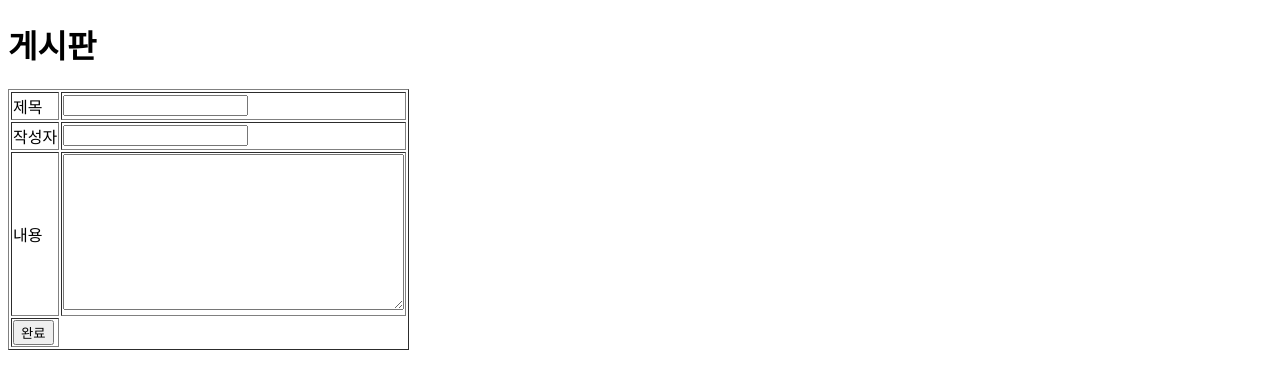
Repository: SongHyeSun/JSP
Page: jspSrc17/och02/src/main/webapp/board.html
An editor plug-in stored every save of this project. The page is shown before and after the next save, followed by the edit.
The browser window is 1280 px wide. The pictures show the whole page.

Above is the page before, as saved 2024-07-09 05:20:50.

### jspSrc17/och02/src/main/webapp/board.html
<!DOCTYPE html>
<html>
<head>
<meta charset="UTF-8">
<title>Insert title here</title>
</head>
<body>
	<h1>게시판</h1>
	<form>
		<table border="1">
			<tr>
				<td>제목</td>
				<td><input type="text" name="title"></td>
			</tr>
			<tr>
				<td>작성자</td>
				<td><input type="text" name="writer"></td>
			</tr>
			<tr>
				<td>내용</td>
				<td><textarea cols="40" rows="10" name="content"></textarea></td>
			</tr>
			<tr>
				<td><input type="submit" value="완료"></td>
			</tr>
		</table>
	</form>
</body>
</html>

After the next save:
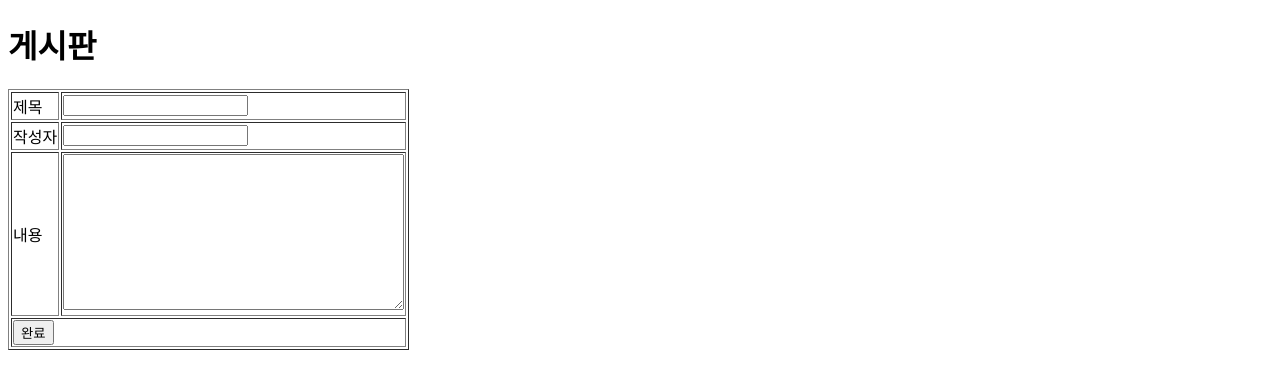
Saved 16 s later.
--- a/jspSrc17/och02/src/main/webapp/board.html
+++ b/jspSrc17/och02/src/main/webapp/board.html
@@ -21,7 +21,7 @@
 				<td><textarea cols="40" rows="10" name="content"></textarea></td>
 			</tr>
 			<tr>
-				<td><input type="submit" value="완료"></td>
+				<td colspan="100"><input type="submit" value="완료"></td>
 			</tr>
 		</table>
 	</form>
